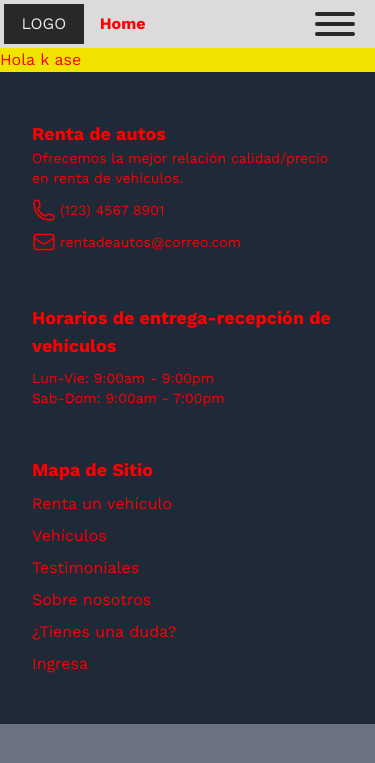
Repository: aldovelacasas/PF_RentCar2
Page: /
The author's editor kept a copy of each file at every save. The page is drawn from the files as they stood at one save, then again after the next save.
The browser window is 375 px wide. The pictures show the whole page.
The project was rebuilt for these pictures with package versions that can differ from the ones it lists, and the page was loaded fresh each time. The framework's server and built-in components were replaced by stand-ins that run in the browser. Also part of the build but not shown: next.config.js.

Above is the page before, as saved 2023-08-30 09:51:22.

After the next save:
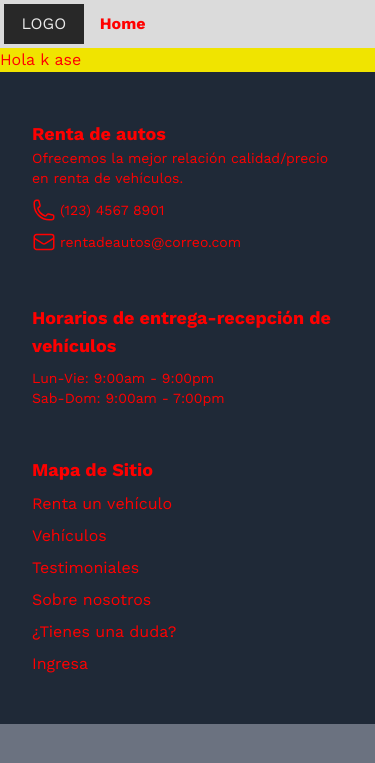
Saved 18 s later.
--- a/src/components/NavBar/nav.css
+++ b/src/components/NavBar/nav.css
@@ -110,6 +110,9 @@ nav {
   .HomeMenu {
     display: block;
   }
+  .nav__menu-bar {
+    display: none;
+  }
   /* nav {
     padding: 3%;
   }
